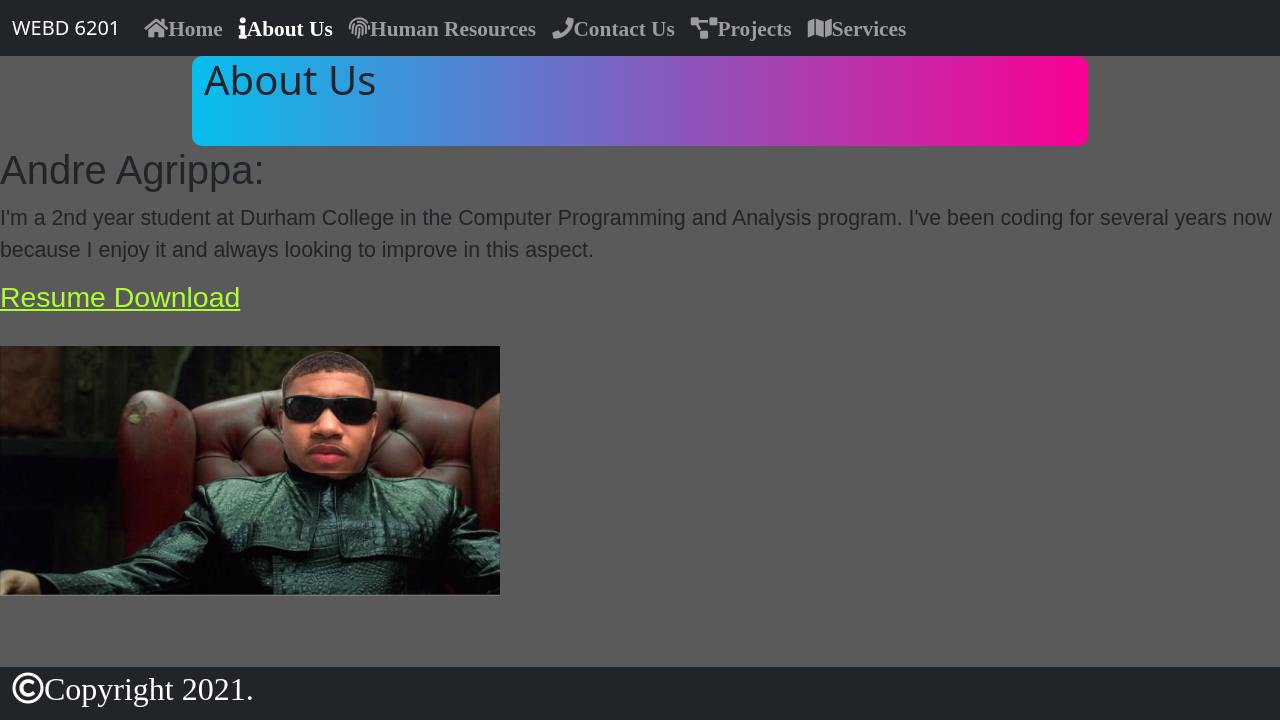
Repository: vans12345678/WEBD6201-W2021-Lab1
Page: about.html
The author's editor kept a copy of each file at every save. The page is drawn from the files as they stood at one save, then again after the next save.
The browser window is 1280 px wide. The pictures show the whole page.

Above is the page before, as saved 2021-02-02 19:32:44.

### about.html
<!DOCTYPE html>
<html lang="en">
<head>
    <meta charset="UTF-8">
    <meta name="viewport" content="width=device-width, initial-scale=1.0">
    <title>About Us</title>

    <!-- CSS Section -->
    <link rel="stylesheet" href="./node_modules/bootstrap/dist/css/bootstrap.min.css">
    <link rel="stylesheet" href="./node_modules/@fortawesome/fontawesome-free/css/all.min.css">
    <link rel="stylesheet" href="./Content/app.css">
</head>
<body>
  <!-- Main Header -->
    <header>
      <!-- Main Navigation -->
        <nav class="navbar navbar-expand-lg navbar-dark bg-dark">
            <div class="container-fluid">
              <a id ="navHome" class="navbar-brand" href="index.html"></a>
              <button class="navbar-toggler" type="button" data-bs-toggle="collapse" data-bs-target="#navbarSupportedContent" aria-controls="navbarSupportedContent" aria-expanded="false" aria-label="Toggle navigation">
                <span class="navbar-toggler-icon"></span>
              </button>
              <div class="collapse navbar-collapse" id="navbarSupportedContent">
                <ul class="navbar-nav me-auto mb-2 mb-lg-0">
                  <li class="nav-item">
                    <a id = "navIndex" class="nav-link fas fa-home fa-lg" aria-current="page" href="index.html"></a>
                  </li>
                  <li class="nav-item">
                    <a id = "navAbout" class="nav-link active fas fa-info fa-lg" aria-current="page" href="about.html"></a>
                  </li>
                  <li class="nav-item">
                    <a id = "navHumanResources" class="nav-link fas fa-fingerprint fa-lg" aria-current="page" href="human-resources.html"></a>
                  </li>
                  <li class="nav-item">
                    <a id = "navContact" class="nav-link fas fa-phone fa-lg" aria-current="page" href="contact.html"></a>
                  </li>
                  <li class="nav-item">
                    <a id = "navProjects" class="nav-link fas fa-project-diagram fa-lg" aria-current="page" href="projects.html">Products</a>
                  </li>
                  <li class="nav-item">
                    <a id = "navServices" class="nav-link fas fa-map fa-lg" aria-current="page" href="services.html"></a>
                  </li>
                </ul>
              </div>
            </div>
          </nav>
    </header>
  <!-- Main Contents -->
    <main>
        <h1 id = "aboutTitle"class = "container"></h1>
        <p id="aboutAText" class = "fa-lg aboutFont"></p>
    </main>
    <!-- Main Footer -->
    <footer>
      <nav class="navbar fixed-bottom navbar-dark bg-dark">
          <div class="container-fluid">
              <h4><i id = "footer" class="far fa-copyright fa-lg site-footer"></i></h4>
          </div>
        </nav>
  </footer>
    <!-- Script Section -->
    <script src="./node_modules/jquery/dist/jquery.min.js"></script>
    <script src="./node_modules/bootstrap/dist/js/bootstrap.bundle.min.js"></script>
    <script src="./Scripts/app.js"></script>
</body>
</html>

### Content/app.css
/* custom css goes here */
.Vapor {
    background-image: url('../images/vapor.jpg');
    background-repeat: no-repeat;
    background-attachment: fixed;
    background-size: 100% 100%;
  }
  a {
    color: greenyellow;
  }
  .aboutFont
  {
    font-family: Arial, Helvetica, sans-serif;
    line-height: 32px;
  }
  body
  {
    background-color: rgb(90, 90, 90);
  }
  h1.container{
    border-radius: 10px;
    width: 70%;
    height: 90px;
    margin: 0px auto;
    background: linear-gradient(90deg,#06bfee,#fb0093)
  }
  h1.projects{
    background-color: white;
  }
  .contact-table{
    width: 100%;
    margin:  50px auto;
    background-color: white;
  }
  .contact-form
  {
    width: 100%;
    margin:  100px auto;
  }
  .warnMessage
  {
    width: 90%;
    margin:  50px;
  }
  .site-footer {
    color:white;
  }

### Scripts/app.js
/************************************************************
 * Name: Andre Agrippa, Michai Pryce
 * Date: 01/20/2021
 * Description: This file adds functionality to the Home,
 * About Us, Human Resources, Contact Us, Projects and Services
 * pages.
 * Date Completed:
 */

"use strict";


(function(){

    function DisplayNav()
    {
        let navTextElement = document.getElementById("navHome").textContent = "WEBD 6201";
        navTextElement = document.getElementById("navIndex").textContent = "Home";
        navTextElement = document.getElementById("navAbout").textContent = "About Us";
        navTextElement = document.getElementById("navHumanResources").textContent = "Human Resources";
        navTextElement = document.getElementById("navContact").textContent = "Contact Us";
        navTextElement = document.getElementById("navProjects").textContent = "Projects";
        navTextElement = document.getElementById("navServices").textContent = "Services";
        navTextElement = document.getElementById("footer").textContent = "Copyright 2021.";
    }

    function displayHome()
    {
        DisplayNav();
        let introText = "This is a simple site to demonstrate the specified requirements for Lab 1 WEBD 6201 - Client Side Scripting";
        let titleText = "Welcome to WEBD 6201";

        let introTextElement = document.getElementById("indexTitle").textContent = titleText;
        introTextElement = document.getElementById("indexParagraph").textContent = introText;

    }
    function displayAbout()
    {
        DisplayNav();

        //About Andre
        let aboutElement = document.getElementById("aboutTitle").textContent = "About Us";
        aboutElement = document.getElementById("aboutAText");
        aboutElement.innerHTML = `<h1>Andre Agrippa:</h1>
        <p class = "">I'm a 2nd year student at Durham College in the Computer Programming and Analysis program. I've been
        coding for several years now because I enjoy it and always looking to improve in this aspect.</p>
        <a class = "fa-lg" href="andre_resume.pdf" download>Resume Download</a></br></br>
        <img src="../images/morpheus.JPG" alt="" style="width:500px;height:250px;">`;

    }
    function displayProjects()
    {
        DisplayNav();

        //Projects 1
        let projectsElement = document.getElementById("projectsTitle").textContent = "Projects";
        projectsElement = document.getElementById("projectsText").innerHTML =
        `<h3>Project One: COBOL Item List</h3>
        <p>This project reads records from a .dat file, performs calculations on the data then outputs it to a .out file neatly formatted.</p>
        <img src="../images/p1.PNG" alt="" style="width:800px;height:500px;">`;

        //Projects 2
        projectsElement = document.getElementById("projectsText").innerHTML +=
        `<h3>Project Two: C#, XAML, MDF  Preferred Shares and Common Shares</h3>
        <p>This project uses XAML for the windows form and a database to keep track of common and preferred shares.
        The database keeps track of how many shares(common/preferred) are  available and validation is applied.</p>
        <img src="../images/p2.PNG" alt="" style="width:800px;height:500px;">`;

        //Projects 3
        projectsElement = document.getElementById("projectsText").innerHTML +=
        `<h3>Project Three: ASP.NET and MVC Framework Animal Shelter</h3>
        <p>This project is a web application that keeps track of animals, owners, appointment and login info in a database.
        Relational database concepts are applied.</p>
        <img src="../images/p3.PNG" alt="" style="width:800px;height:500px;">`;

    }
    function displayServices()
    {
        DisplayNav();
        let s1Header = "Web Development:";
        let s1Text = "We offer a variety of different web development (Front-end, Back-end, Databases). Languages (PHP, ASP.NET, JavaScript)";
        let s2Header = "Service 2:";
        let s2Text = "Service 2 text";
        let s3Header = "Service 3:";
        let s3Text = "Service 3 text";

        //Services 1
        let servicesElement = document.getElementById("servicesTitle").textContent = "Web Development";
        servicesElement = document.getElementById("servicesText").innerHTML =
        `<h3>Web Development:</h3>
        <p>We offer a variety of different web development (Front-end, Back-end, Databases). Languages (PHP, ASP.NET, JavaScript)</p>
        <img src="../images/s1.jpg" alt="" style="width:800px;height:500px;">`;

        //Services 2
        servicesElement = document.getElementById("servicesText").innerHTML +=
        `<h3>OOP Programming</h3>
        <p>We offer a variety of different Object Oriented Programming. We're experienced with C#, C++, Java etc.
        Whether it be windows forms applications, console applications GUI, etc.</p>
        <img src="../images/s2.png" alt="" style="width:800px;height:500px;">`;

        //Services 3
        servicesElement = document.getElementById("servicesText").innerHTML +=
        `<h3>Database Management System</h3>
        <p>It's been almost 3 years since we've had experience in database development. We've used software such as
        Microsoft SQL Server and PgAdmin4. Experienced with relational database concepts.</p>
        <img src="../images/s3.jpg" alt="" style="width:800px;height:500px;">`;


    }
    function displayContact()
    {
        DisplayNav();

        let messageArea = document.getElementById("messageArea");
        messageArea.hidden = true;

        //form validation
        let fullName = document.getElementById("fullName");
        fullName.addEventListener("blur", function()
        {
            if(fullName.value.length < 2)
            {
                fullName.focus();
                fullName.select();
                messageArea.hidden = false;
                messageArea.className = "alert alert-danger warnMessage";
                messageArea.textContent = "Please enter an appropriate name > 2 characters";
            }
            else
            {
                messageArea.removeAttribute("class");
                messageArea.hidden = true;
            }
        });
            let sendButton = document.getElementById("sendButton");
            sendButton.addEventListener("click", function(event)
            {
                //event.preventDefault();
                // //Displays twice?

                let contact = new Contact(fullName.value,contactNumber.value, emailAddress.value, shortMessage.value);

                console.log(contact.serialize());
                if(contact.serialize())
                {
                    localStorage.setItem((localStorage.length + 1).toString(),contact.serialize());
                }
            });
    }
    function displayContactList()
    {
        DisplayNav();
        if(localStorage.length > 0)
        {
            let contactList = document.getElementById("contactList");
            let data = "";

            for (let index = 0; index < localStorage.length; index++)
            {
                let contactData = localStorage.getItem((index + 1).toString());
                let contact = new Contact();

                contact.deserialize(contactData);

                data += `<tr>
                <th scope="row">${index + 1}</th>
                <td>${contact.FullName}</td>
                <td>${contact.ContactNumber}</td>
                <td>${contact.EmailAddress}</td>
                <td>${contact.ShortMessage}</td>
              </tr>`;
            }
            contactList.innerHTML = data;
        }

    }
    function displayHumanResources()
    {
        DisplayNav();
    }

    function Start()
    {
        console.log("App Started...");

        //Based of title of html
        switch(document.title)
        {
            case "Index":
                displayHome();
                break;
            case "About Us":
                displayAbout();
                break;
            case "Projects":
                displayProjects();
                break;
            case "Services":
                displayServices();
                break;
            case "Contact Us":
                displayContact();
                break;
            case "Contact-List":
                displayContactList();
                break;
            case "Human Resources":
                displayHumanResources();
                break;
        }


    }

    window.addEventListener("load", Start);

})();

Loaded but not shown: node_modules/bootstrap/dist/css/bootstrap.min.css (library); node_modules/@fortawesome/fontawesome-free/css/all.min.css (library); node_modules/jquery/dist/jquery.min.js (library); node_modules/bootstrap/dist/js/bootstrap.bundle.min.js (library)

After the next save:
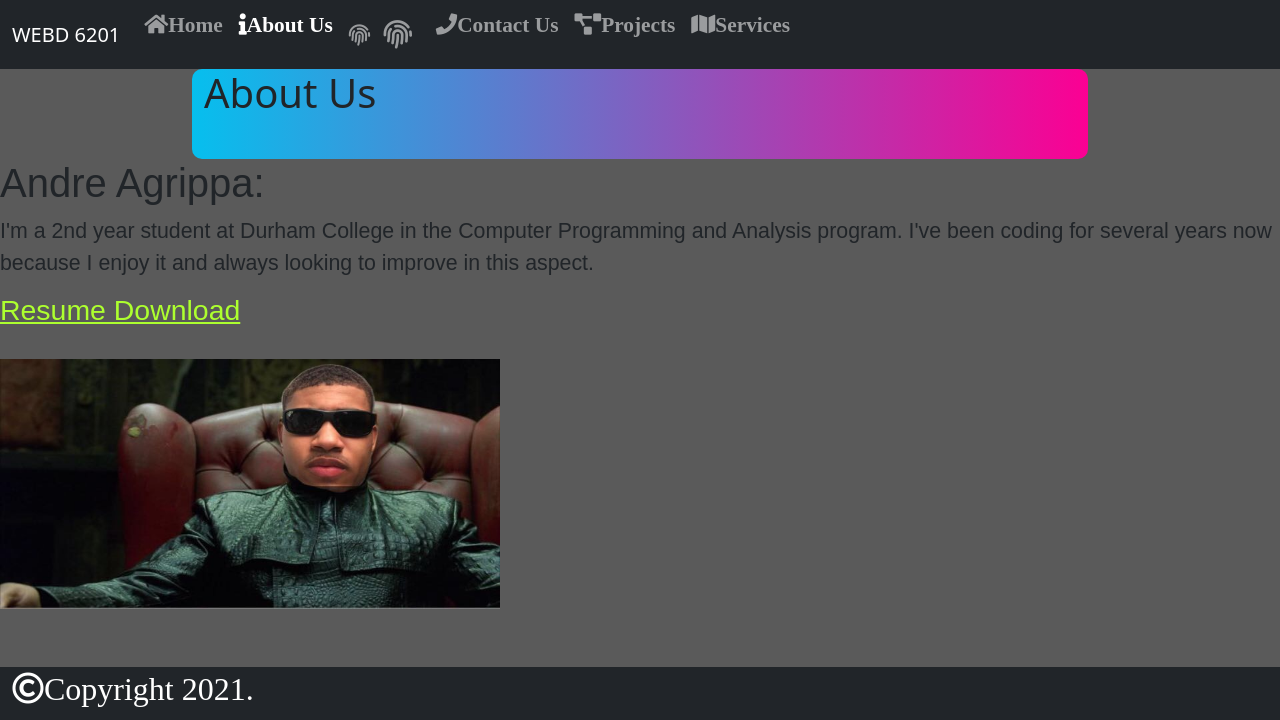
Saved 3 min 32 s later.
--- a/Scripts/app.js
+++ b/Scripts/app.js
@@ -17,7 +17,9 @@
         let navTextElement = document.getElementById("navHome").textContent = "WEBD 6201";
         navTextElement = document.getElementById("navIndex").textContent = "Home";
         navTextElement = document.getElementById("navAbout").textContent = "About Us";
-        navTextElement = document.getElementById("navHumanResources").textContent = "Human Resources";
+        navTextElement = document.getElementById("navHumanResources").innerHTML = `
+        <a  class="nav-link fas fa-fingerprint fa-lg" aria-current="page" href="human-resources.html"></a>
+        `;
         navTextElement = document.getElementById("navContact").textContent = "Contact Us";
         navTextElement = document.getElementById("navProjects").textContent = "Projects";
         navTextElement = document.getElementById("navServices").textContent = "Services";
